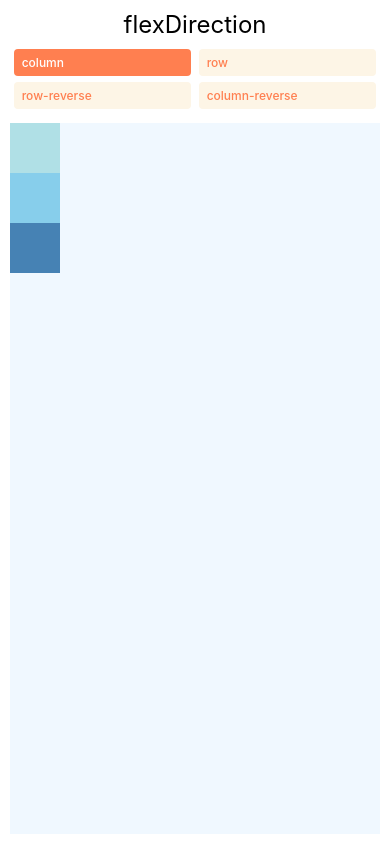
Repository: Waikato153/AwesomeProject
Screen: /
The author's editor kept a copy of each file at every save. The screen is drawn from the files as they stood at one save, then again after the next save.
The app was drawn by React Native's web renderer in a window 390 px wide. The project was rebuilt for these pictures with package versions that can differ from the ones it lists, and the page was loaded fresh each time.

Above is the screen before, as saved 2024-02-27 09:48:07.

### App.js
import React, {useState} from 'react';
import {StyleSheet, Text, TouchableOpacity, View} from 'react-native';

const FlexDirectionBasics = () => {
  const [flexDirection, setflexDirection] = useState('column');

  return (
    <PreviewLayout
      label="flexDirection"
      values={['column', 'row', 'row-reverse', 'column-reverse']}
      selectedValue={flexDirection}
      setSelectedValue={setflexDirection}>
      <View style={[styles.box, {backgroundColor: 'powderblue'}]} />
      <View style={[styles.box, {backgroundColor: 'skyblue'}]} />
      <View style={[styles.box, {backgroundColor: 'steelblue'}]} />
    </PreviewLayout>
  );
};

const PreviewLayout = ({
  label,
  children,
  values,
  selectedValue,
  setSelectedValue,
}) => (
  <View style={{padding: 10, flex: 1}}>
    <Text style={styles.label}>{label}</Text>
    <View style={styles.row}>
      {values.map(value => (
        <TouchableOpacity
          key={value}
          onPress={() => setSelectedValue(value)}
          style={[styles.button, selectedValue === value && styles.selected]}>
          <Text
            style={[
              styles.buttonLabel,
              selectedValue === value && styles.selectedLabel,
            ]}>
            {value}
          </Text>
        </TouchableOpacity>
      ))}
    </View>
    <View style={[styles.container, {[label]: selectedValue}]}>{children}</View>
  </View>
);

const styles = StyleSheet.create({
  container: {
    flex: 1,
    marginTop: 8,
    backgroundColor: 'aliceblue',
  },
  box: {
    width: 50,
    height: 50,
  },
  row: {
    flexDirection: 'row',
    flexWrap: 'wrap',
  },
  button: {
    paddingHorizontal: 8,
    paddingVertical: 6,
    borderRadius: 4,
    backgroundColor: 'oldlace',
    alignSelf: 'flex-start',
    marginHorizontal: '1%',
    marginBottom: 6,
    minWidth: '48%',
    textAlign: 'center',
  },
  selected: {
    backgroundColor: 'coral',
    borderWidth: 0,
  },
  buttonLabel: {
    fontSize: 12,
    fontWeight: '500',
    color: 'coral',
  },
  selectedLabel: {
    color: 'white',
  },
  label: {
    textAlign: 'center',
    marginBottom: 10,
    fontSize: 24,
  },
});

export default FlexDirectionBasics;

After the next save:
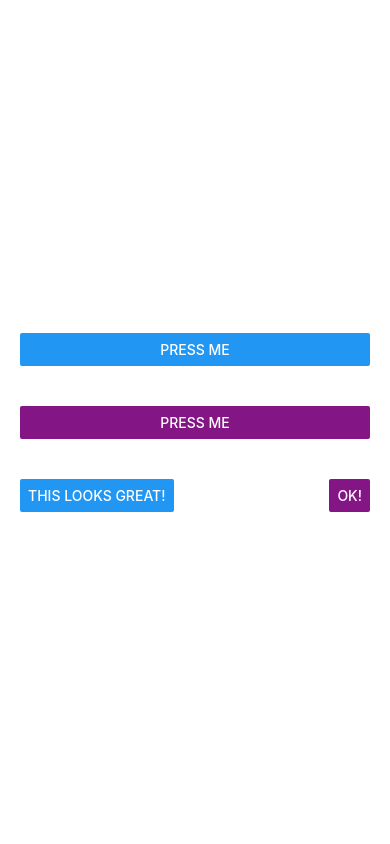
Saved 41 min 9 s later.
--- a/App.js
+++ b/App.js
@@ -1,93 +1,44 @@
-import React, {useState} from 'react';
-import {StyleSheet, Text, TouchableOpacity, View} from 'react-native';
+import React, {Component} from 'react';
+import {Alert, Button, StyleSheet, View} from 'react-native';
 
-const FlexDirectionBasics = () => {
-  const [flexDirection, setflexDirection] = useState('column');
+export default class ButtonBasics extends Component {
+  _onPressButton() {
+    Alert.alert('You tapped the button!');
+  }
 
-  return (
-    <PreviewLayout
-      label="flexDirection"
-      values={['column', 'row', 'row-reverse', 'column-reverse']}
-      selectedValue={flexDirection}
-      setSelectedValue={setflexDirection}>
-      <View style={[styles.box, {backgroundColor: 'powderblue'}]} />
-      <View style={[styles.box, {backgroundColor: 'skyblue'}]} />
-      <View style={[styles.box, {backgroundColor: 'steelblue'}]} />
-    </PreviewLayout>
-  );
-};
-
-const PreviewLayout = ({
-  label,
-  children,
-  values,
-  selectedValue,
-  setSelectedValue,
-}) => (
-  <View style={{padding: 10, flex: 1}}>
-    <Text style={styles.label}>{label}</Text>
-    <View style={styles.row}>
-      {values.map(value => (
-        <TouchableOpacity
-          key={value}
-          onPress={() => setSelectedValue(value)}
-          style={[styles.button, selectedValue === value && styles.selected]}>
-          <Text
-            style={[
-              styles.buttonLabel,
-              selectedValue === value && styles.selectedLabel,
-            ]}>
-            {value}
-          </Text>
-        </TouchableOpacity>
-      ))}
-    </View>
-    <View style={[styles.container, {[label]: selectedValue}]}>{children}</View>
-  </View>
-);
+  render() {
+    return (
+      <View style={styles.container}>
+        <View style={styles.buttonContainer}>
+          <Button onPress={this._onPressButton} title="Press Me" />
+        </View>
+        <View style={styles.buttonContainer}>
+          <Button
+            onPress={this._onPressButton}
+            title="Press Me"
+            color="#841584"
+          />
+        </View>
+        <View style={styles.alternativeLayoutButtonContainer}>
+          <Button onPress={this._onPressButton} title="This looks great!" />
+          <Button onPress={this._onPressButton} title="OK!" color="#841584" />
+        </View>
+      </View>
+    );
+  }
+}
 
 const styles = StyleSheet.create({
   container: {
     flex: 1,
-    marginTop: 8,
-    backgroundColor: 'aliceblue',
+    justifyContent: 'center',
   },
-  box: {
-    width: 50,
-    height: 50,
+  buttonContainer: {
+    margin: 20,
   },
-  row: {
+  alternativeLayoutButtonContainer: {
+    margin: 20,
     flexDirection: 'row',
-    flexWrap: 'wrap',
-  },
-  button: {
-    paddingHorizontal: 8,
-    paddingVertical: 6,
-    borderRadius: 4,
-    backgroundColor: 'oldlace',
-    alignSelf: 'flex-start',
-    marginHorizontal: '1%',
-    marginBottom: 6,
-    minWidth: '48%',
-    textAlign: 'center',
-  },
-  selected: {
-    backgroundColor: 'coral',
-    borderWidth: 0,
-  },
-  buttonLabel: {
-    fontSize: 12,
-    fontWeight: '500',
-    color: 'coral',
-  },
-  selectedLabel: {
-    color: 'white',
-  },
-  label: {
-    textAlign: 'center',
-    marginBottom: 10,
-    fontSize: 24,
+    justifyContent: 'space-between',
   },
 });
-
-export default FlexDirectionBasics;
